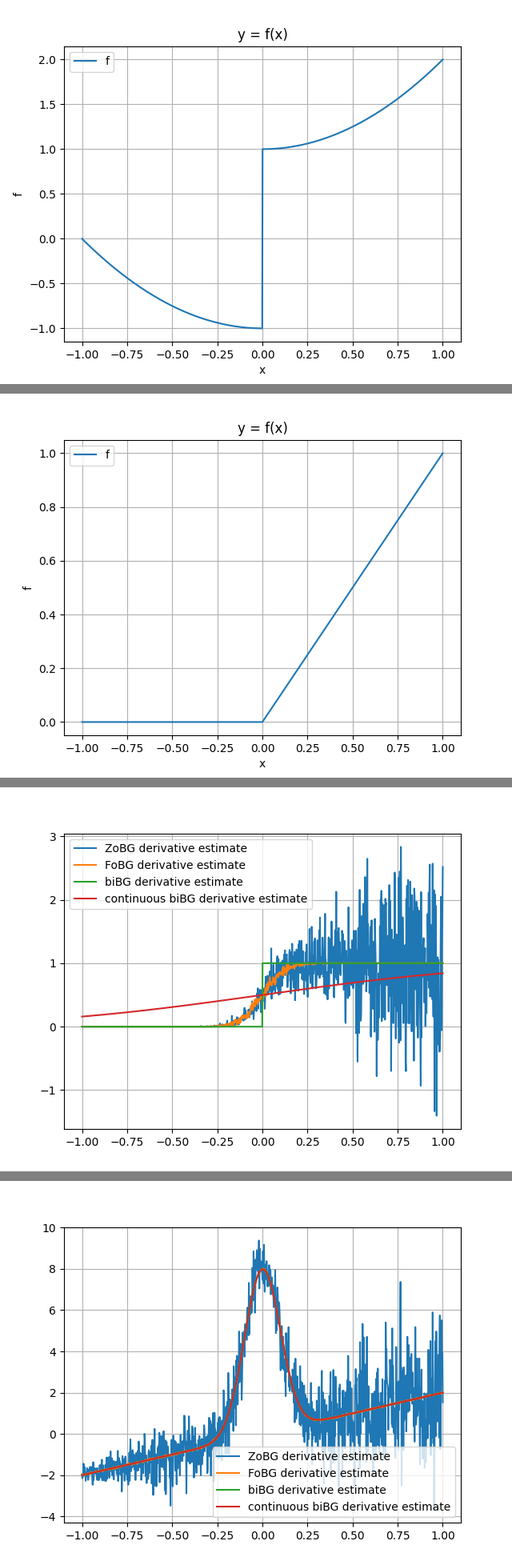
Repository: oomcth/Gradient-smoothing
Script's output: python test.py
These files come from the project's save history. The script's output is drawn as it stood at one moment and after the next save; the edit follows.
The pictures are shown at 80% of full size.
Each picture stacks the figures in order, with grey between them; figures that are only written to a file come last. Random numbers start from a fixed seed.

Above is the script's output before, as saved 2025-11-23 12:38:47.

After the next save:
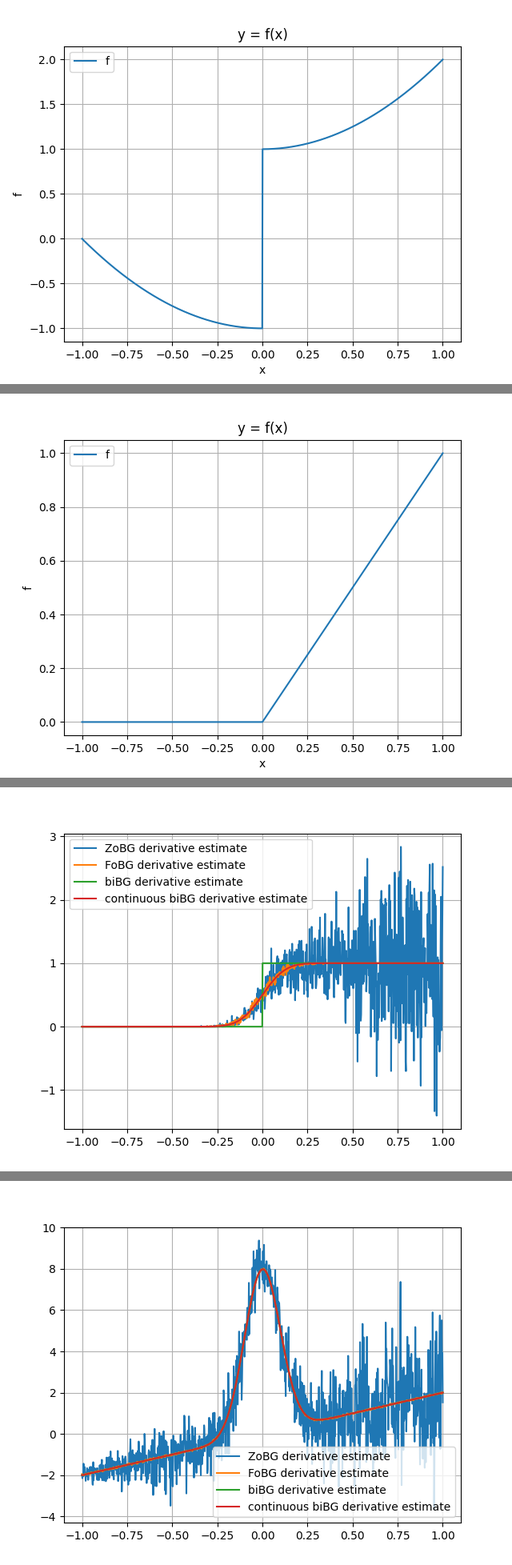
Saved 21 s later.
--- a/test.py
+++ b/test.py
@@ -79,7 +79,7 @@ def continuous_bi_gradient(f, x, M=100):
         grads = 2 * x
         return grads.mean() + 2 * gaussian_pdf(-x, mu=0, sigma=sigma)
     elif f == ReLU:
-        grads = gaussian_cdf(x)
+        grads = gaussian_cdf(x, 0, sigma)
         return grads.mean()
 
 
